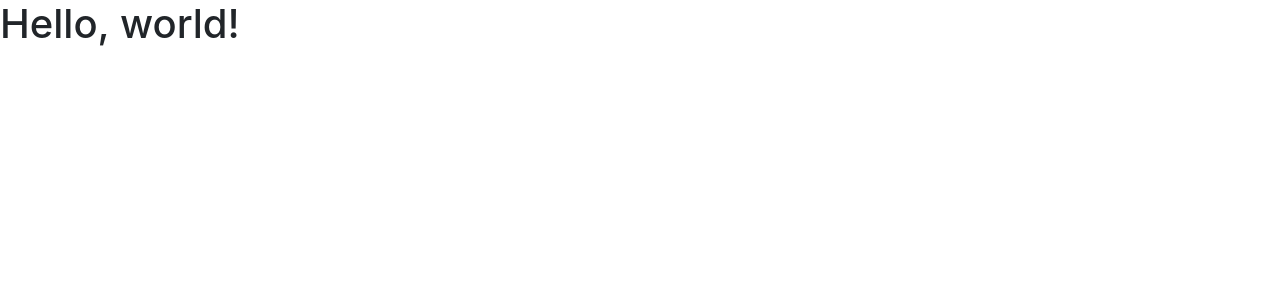
Repository: Nouthemoran/go-web-native-crud
Page: views/home/index.html
The author's editor kept a copy of each file at every save. The page is drawn from the files as they stood at one save, then again after the next save.
The browser window is 1280 px wide. The pictures show the whole page.

Above is the page before, as saved 2023-10-04 15:02:17.

### views/home/index.html
<!doctype html>
<html lang="en">
  <head>
    <!-- Required meta tags -->
    <meta charset="utf-8">
    <meta name="viewport" content="width=device-width, initial-scale=1, shrink-to-fit=no">

    <!-- Bootstrap CSS -->
    <link rel="stylesheet" href="https://cdn.jsdelivr.net/npm/bootstrap@4.3.1/dist/css/bootstrap.min.css" integrity="sha384-ggOyR0iXCbMQv3Xipma34MD+dH/1fQ784/j6cY/iJTQUOhcWr7x9JvoRxT2MZw1T" crossorigin="anonymous">

    <title>golang project</title>
  </head>
  <body>
    <!-- Navbar -->

    <!-- End of Navbar -->
    <h1>Hello, world!</h1>

    <!-- Optional JavaScript -->
    <!-- jQuery first, then Popper.js, then Bootstrap JS -->
    <script src="https://code.jquery.com/jquery-3.3.1.slim.min.js" integrity="sha384-q8i/X+965DzO0rT7abK41JStQIAqVgRVzpbzo5smXKp4YfRvH+8abtTE1Pi6jizo" crossorigin="anonymous"></script>
    <script src="https://cdn.jsdelivr.net/npm/popper.js@1.14.7/dist/umd/popper.min.js" integrity="sha384-UO2eT0CpHqdSJQ6hJty5KVphtPhzWj9WO1clHTMGa3JDZwrnQq4sF86dIHNDz0W1" crossorigin="anonymous"></script>
    <script src="https://cdn.jsdelivr.net/npm/bootstrap@4.3.1/dist/js/bootstrap.min.js" integrity="sha384-JjSmVgyd0p3pXB1rRibZUAYoIIy6OrQ6VrjIEaFf/nJGzIxFDsf4x0xIM+B07jRM" crossorigin="anonymous"></script>
  </body>
</html>

After the next save:
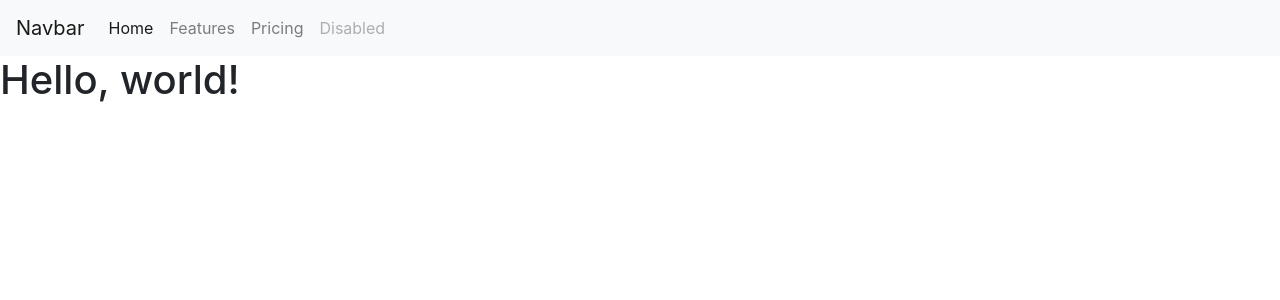
Saved 46 s later.
--- a/views/home/index.html
+++ b/views/home/index.html
@@ -12,7 +12,28 @@
   </head>
   <body>
     <!-- Navbar -->
-
+    <nav class="navbar navbar-expand-lg navbar-light bg-light">
+        <a class="navbar-brand" href="#">Navbar</a>
+        <button class="navbar-toggler" type="button" data-toggle="collapse" data-target="#navbarNav" aria-controls="navbarNav" aria-expanded="false" aria-label="Toggle navigation">
+          <span class="navbar-toggler-icon"></span>
+        </button>
+        <div class="collapse navbar-collapse" id="navbarNav">
+          <ul class="navbar-nav">
+            <li class="nav-item active">
+              <a class="nav-link" href="#">Home <span class="sr-only">(current)</span></a>
+            </li>
+            <li class="nav-item">
+              <a class="nav-link" href="#">Features</a>
+            </li>
+            <li class="nav-item">
+              <a class="nav-link" href="#">Pricing</a>
+            </li>
+            <li class="nav-item">
+              <a class="nav-link disabled" href="#" tabindex="-1" aria-disabled="true">Disabled</a>
+            </li>
+          </ul>
+        </div>
+      </nav>
     <!-- End of Navbar -->
     <h1>Hello, world!</h1>
 
